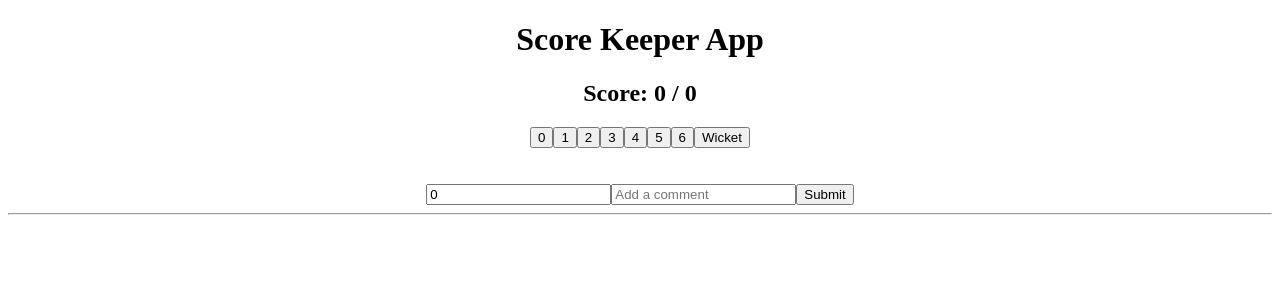
Repository: ssaddamhuss100/ScoreKepper
Page: ScoreKepper.html
The author's editor kept a copy of each file at every save. The page is drawn from the files as they stood at one save, then again after a run of saves.
The browser window is 1280 px wide. The pictures show the whole page.

Above is the page before, as saved 2024-11-13 18:11:32.

### ScoreKepper.html
<!DOCTYPE html>
<html>
    <head>
        <title>Score Keeper</title>
        <script crossorigin src="https://unpkg.com/react@18/umd/react.development.js"></script>
        <script crossorigin src="https://unpkg.com/react-dom@18/umd/react-dom.development.js"></script>
        <script src="https://unpkg.com/@babel/standalone/babel.min.js"></script>
    </head>
    <body>
        <div id ="root" style = "text-align : center;"></div>

        <script type = "text/babel">

            var score = 0;
            var wicket = 0;
            let ballWiseRes =[];
            let hit = 0;
            let inputRef = React.createRef();

            function addScore(num){
                hit = num;
                renderRoot();
            }

            function wicketDown(){
                hit ="Out"
                renderRoot();
            }


            function handleSubmit(event){
                event.preventDefault();

                if(hit == "Out"){
                    wicket += 1;
                }
                else{
                 score += hit;
                }


                ballWiseRes.unshift(
                    <span>{`${hit==0?"DOT":hit} , ${inputRef.current.value}`}</span>

                );

                hit = 0;
                inputRef.current.value = "";



                renderRoot();
                console.log(inputRef.current.value);

            }

            const Form = () => (
                <form onSubmit ={handleSubmit}>
                    <input value = {hit}/>
                    <input placeholder = "Add a comment" ref = {inputRef}/>
                    <button> Submit </button>
                </form>
            )

            const ScoreButtons = () => (
                <div>
                <button onClick = {() => addScore(0)}>0</button>
                <button onClick = {() => addScore(1)}>1</button>
                <button onClick = {() => addScore(2)}>2</button>
                <button onClick = {() => addScore(3)}>3</button>
                <button onClick = {() => addScore(4)}>4</button>
                <button onClick = {() => addScore(5)}>5</button>
                <button onClick = {() => addScore(6)}>6</button>
                <button onClick = {wicketDown}>Wicket</button>
                </div>
            )

            const App = () => (
                <>
                <h1> Score Keeper App </h1>
                <h2> Score: {score} / {wicket}</h2>
                <ScoreButtons />
                <br /><br />
                <Form />
                <hr />
                <div>
                    {ballWiseRes.map((res, index) => (
                        <p key={index + 1}>
                            {res}
                        </p>
                    ))}
                </div>



                </>
            )

            const rootElement = ReactDOM.createRoot(document.getElementById("root"));
            function renderRoot(){
                rootElement.render(<App />);

            }

            renderRoot();

        </script>
    </body>
</html>

After the next 2 saves:
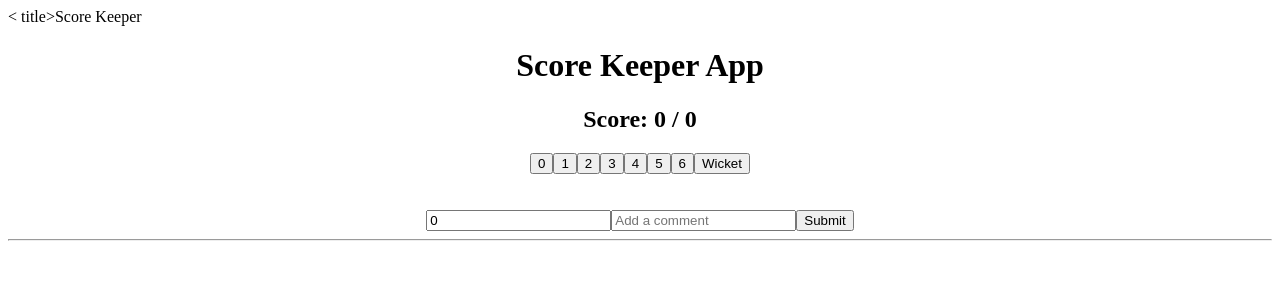
The 2 saves are shown as one change because they came seconds apart.
The last was saved 55 s later.
--- a/ScoreKepper.html
+++ b/ScoreKepper.html
@@ -1,11 +1,11 @@
 <!DOCTYPE html>
 <html>
     <head>
-        <title>Score Keeper</title>
+        <
         <script crossorigin src="https://unpkg.com/react@18/umd/react.development.js"></script>
         <script crossorigin src="https://unpkg.com/react-dom@18/umd/react-dom.development.js"></script>
         <script src="https://unpkg.com/@babel/standalone/babel.min.js"></script>
-    </head>
+        title>Score Keeper</title> </head>
     <body>
         <div id ="root" style = "text-align : center;"></div>
 

After the save that followed:
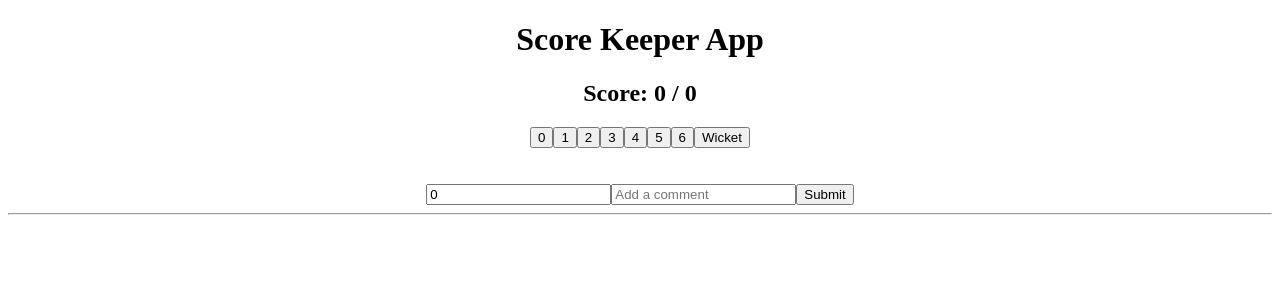
Saved 5 s later.
--- a/ScoreKepper.html
+++ b/ScoreKepper.html
@@ -1,11 +1,11 @@
 <!DOCTYPE html>
 <html>
     <head>
-        <
+
         <script crossorigin src="https://unpkg.com/react@18/umd/react.development.js"></script>
         <script crossorigin src="https://unpkg.com/react-dom@18/umd/react-dom.development.js"></script>
         <script src="https://unpkg.com/@babel/standalone/babel.min.js"></script>
-        title>Score Keeper</title> </head>
+        <title>Score Keeper</title> </head>
     <body>
         <div id ="root" style = "text-align : center;"></div>
 
